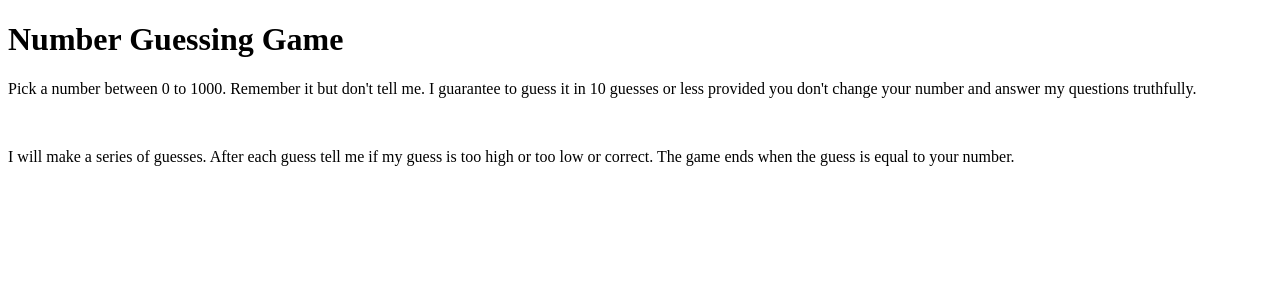
Repository: lerajk/Java-EE
Page: http://localhost/LeeRajGuessingGameWeb/Index.jsp
These files come from the project's save history. The page is drawn as it stood at one moment and after the next save; the edit follows.
The browser window is 1280 px wide. The pictures show the whole page.
The page is served by Tomcat 9. Other server files are loaded and not shown.

Above is the page before, as saved 2017-10-05 02:31:00.

### Assignment-3-Master/LeeRajGuessingGameWeb/WebContent/Index.jsp
<%@ page language="java" contentType="text/html; charset=ISO-8859-1"
    pageEncoding="ISO-8859-1"%>
  <%@ page import="binary.search.game.model.*" %>

<%
NumberGuesser min = new NumberGuesser();

NumberGuesser max = new NumberGuesser();

NumberGuesser target = new NumberGuesser();
%>


<!DOCTYPE html PUBLIC "-//W3C//DTD HTML 4.01 Transitional//EN" "http://www.w3.org/TR/html4/loose.dtd">
<html>
<head>
<meta http-equiv="Content-Type" content="text/html; charset=ISO-8859-1">
<title>Insert title here</title>
</head>
<body>
<h1>Number Guessing Game</h1>
<p>Pick a number between 0 to 1000. Remember it but don't tell me. I guarantee to guess it in 10 guesses or less
provided you don't change your number and answer my questions truthfully.</p> <br>
<p> I will make a series of guesses. After each guess tell me if my guess is too high or too low or correct.
The game ends when the guess is equal to your number.</p> <br>


</body>
</html>

### Assignment-3-Master/LeeRajGuessingGameWeb/src/binary/search/game/model/NumberGuesser.java
package binary.search.game.model;

import binary.search.game.exceptions.GameLostException;

public class NumberGuesser {
	// current status of this game
	private int minValue = 0;
	private int maxValue = 0;
	private int maxGuessCount = 0;
	// two fields must be available to client code
	private int lastGuess = 0;
	private int guessCount = 0;

	// client creates an instance for each game
	public NumberGuesser() {
		super();
		setMinValue( GameConstants.RANGE_BOTTOM );
		setMaxValue( GameConstants.RANGE_TOP );
		setMaxGuessCount( GameConstants.MAXGUESSES );
		// guessCount set to zero by default
	}

	private void setGuessCount(int guessCount) throws GameLostException {
		if ( guessCount > getMaxGuessCount() ) {
			throw new GameLostException ("I lost, which should never happen.");
		}
		this.guessCount = guessCount;
	}

	// getter for current guess count required by client code
	public int getGuessCount() {
		return guessCount;
	}

	// called by client code to start a game
	public int firstGuess() throws GameLostException {
		return getNextGuess();
	}

	// called by client when last guess to low
	public int guessHigher() throws GameLostException {
		minValue = lastGuess;
		return getNextGuess();
	}

	// called by client when last guess too high
	public int guessLower() throws GameLostException {
		maxValue = lastGuess;
		return getNextGuess();
	}

	// apply binary search algorithm to at each guess
	private int getNextGuess() throws GameLostException {
	    setGuessCount( getGuessCount() +1 );
		int newGuess = ( getMinValue() + getMaxValue() ) / 2;
		setLastGuess( newGuess);
		return newGuess;
	}

	// get and set methods for all fields
	private int getMinValue() {
		return minValue;
	}

	private void setMinValue(int minValue) {
		this.minValue = minValue;
	}

	private int getMaxValue() {
		return maxValue;
	}

	private void setMaxValue(int maxValue) {
		this.maxValue = maxValue;
	}

	// value use by client code
	public int getMaxGuessCount() {
		return maxGuessCount;
	}

	private void setMaxGuessCount(int maxGuessCount) {
		this.maxGuessCount = maxGuessCount;
	}

	private void setLastGuess(int lastGuess) {
		this.lastGuess = lastGuess;
	}

	// getter for last guess required by client code
	public int getLastGuess() {
		return lastGuess;
	}

}

After the next save:
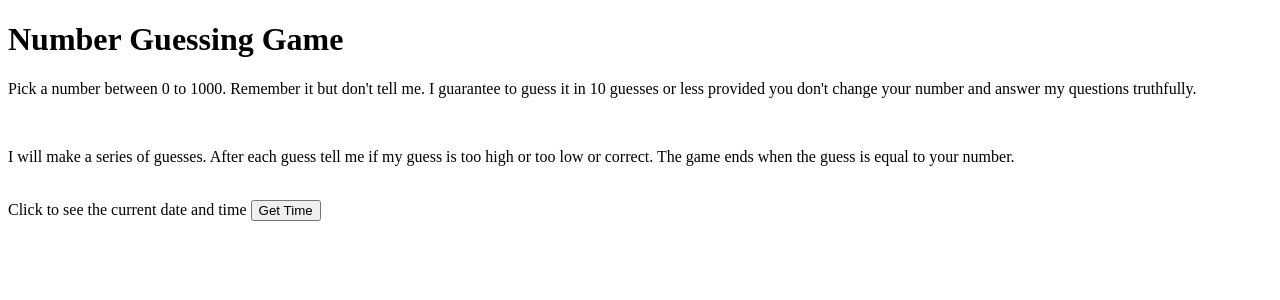
Saved 20 min 27 s later.
--- a/Assignment-3-Master/LeeRajGuessingGameWeb/WebContent/Index.jsp
+++ b/Assignment-3-Master/LeeRajGuessingGameWeb/WebContent/Index.jsp
@@ -3,9 +3,7 @@
   <%@ page import="binary.search.game.model.*" %>
 
 <%
-NumberGuesser min = new NumberGuesser();
 
-NumberGuesser max = new NumberGuesser();
 
 NumberGuesser target = new NumberGuesser();
 %>
@@ -24,6 +22,10 @@ provided you don't change your number and answer my questions truthfully.</p> <b
 <p> I will make a series of guesses. After each guess tell me if my guess is too high or too low or correct.
 The game ends when the guess is equal to your number.</p> <br>
 
+<form action="${pageContext.request.contextPath}/LeeRajGuessingServlet" method="get">
+	Click to see the current date and time <input type="submit" value="Get Time">
+	</form>
+
 
 </body>
 </html>
